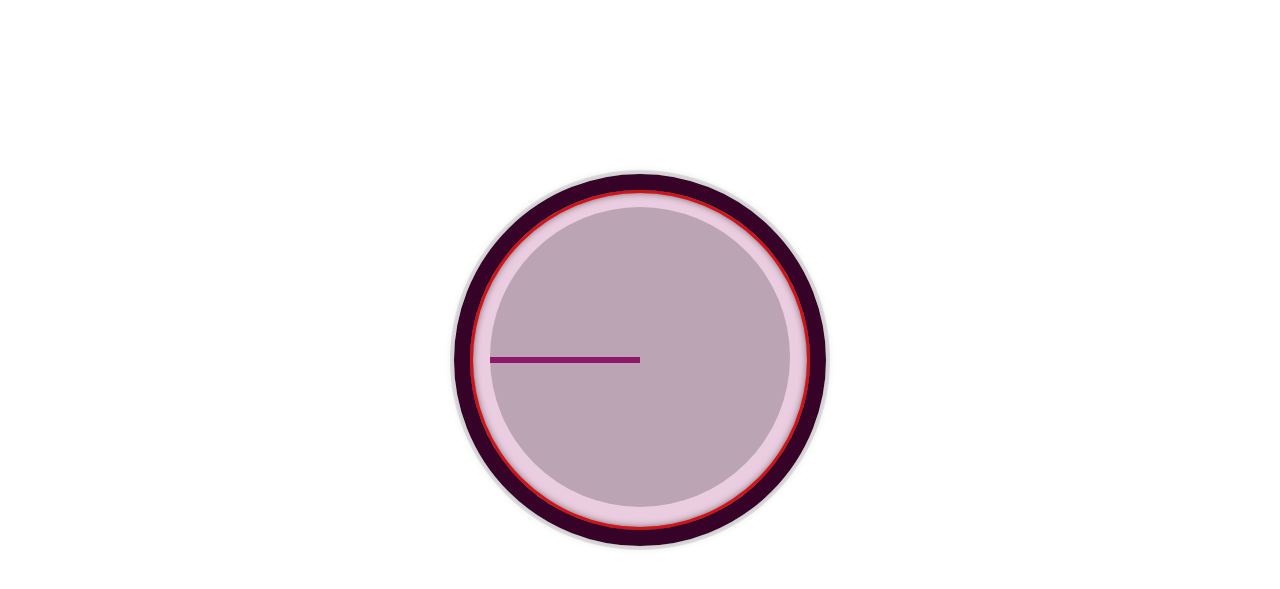
Repository: Freezler/javascript-css-clock
Page: index.html
An editor plug-in stored every save of this project. The page is shown before and after the next save, followed by the edit.
The browser window is 1280 px wide. The pictures show the whole page.

Above is the page before, as saved 2024-08-24 15:55:12.

After the next save:
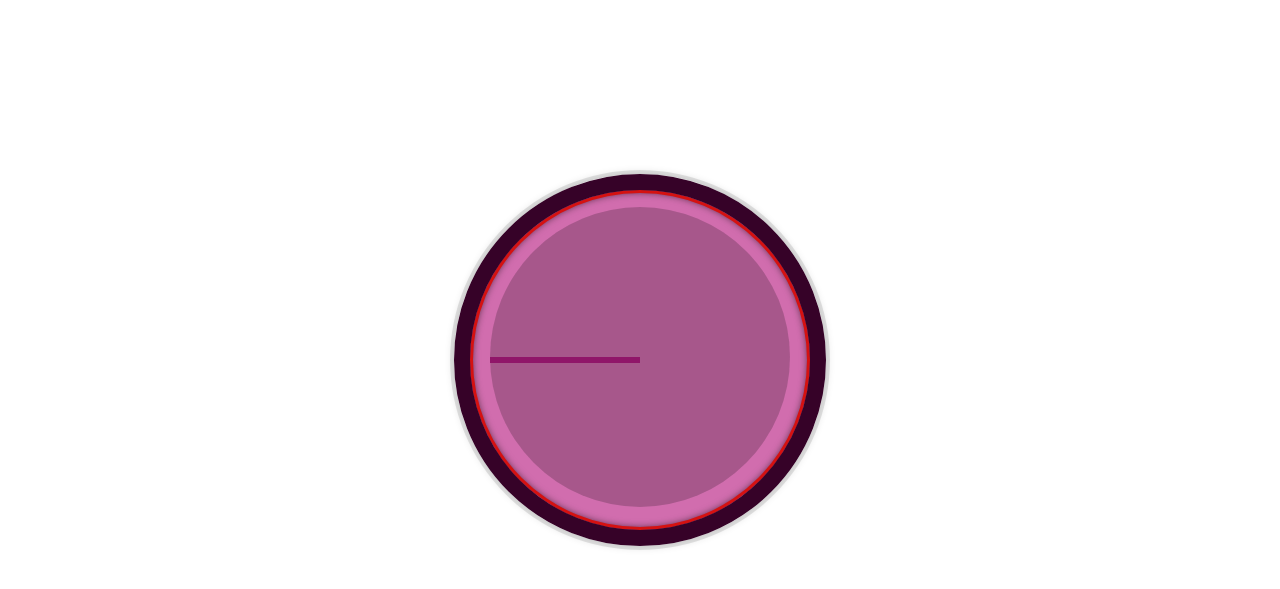
Saved 14 s later.
--- a/style.css
+++ b/style.css
@@ -31,7 +31,7 @@ body {
         inset 0 0 0 3px #d51111,
         inset 0 0 10px black,
         0 0 10px rgba(0, 0, 0, 0.2);
-    background: rgba(150, 7, 100,.2);
+    background: rgba(181, 18, 124, 0.616);
 }
 
 .clock-face {
